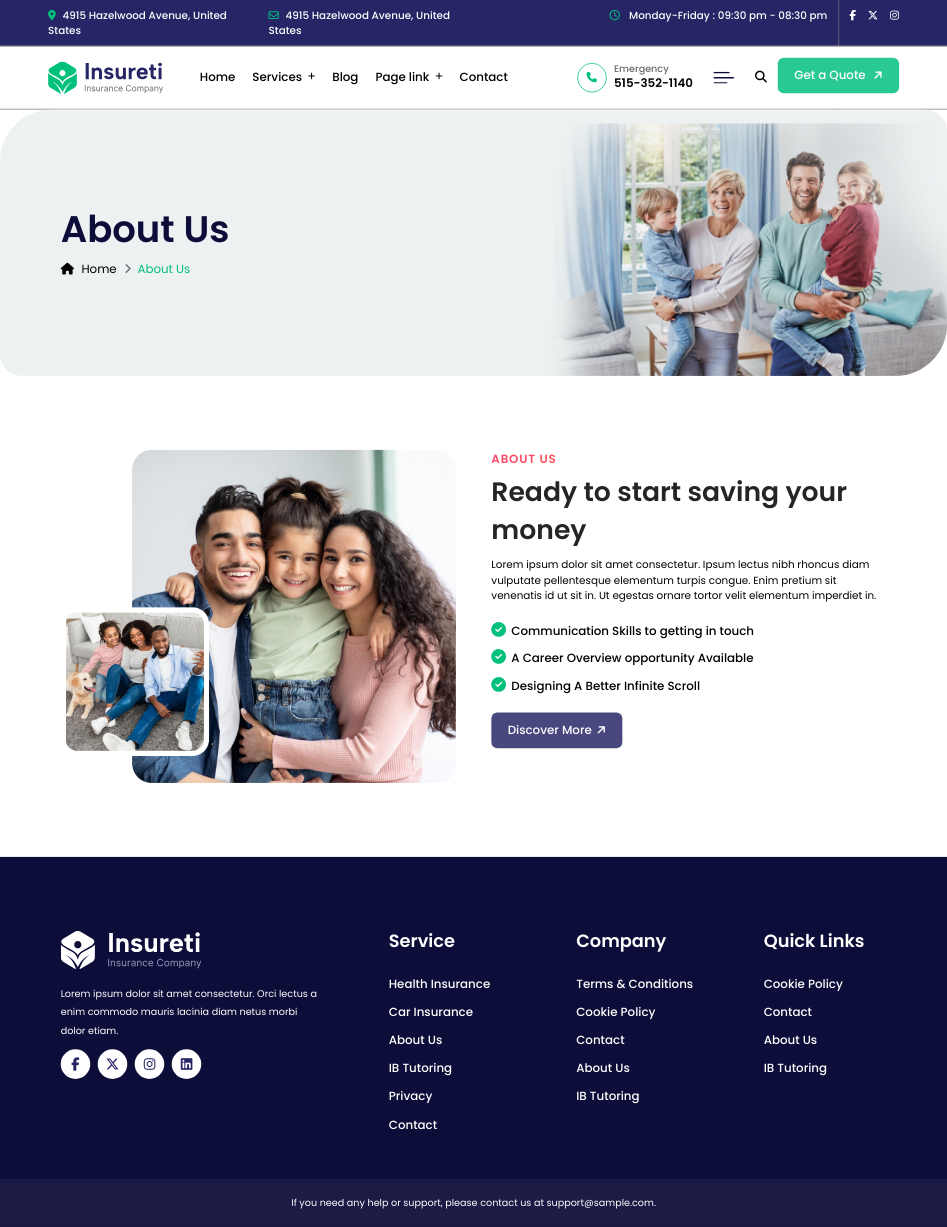
Repository: Tanmay226/it-portfolio-site
Page: it-company/about-us.html
An editor plug-in stored every save of this project. The page is shown before and after the next save, followed by the edit.
The browser window is 1280 px wide. The pictures show the whole page, at 74% of full size.
Some web libraries are served in a nearby version.

Above is the page before, as saved 2024-11-05 21:15:53.

After the next save:
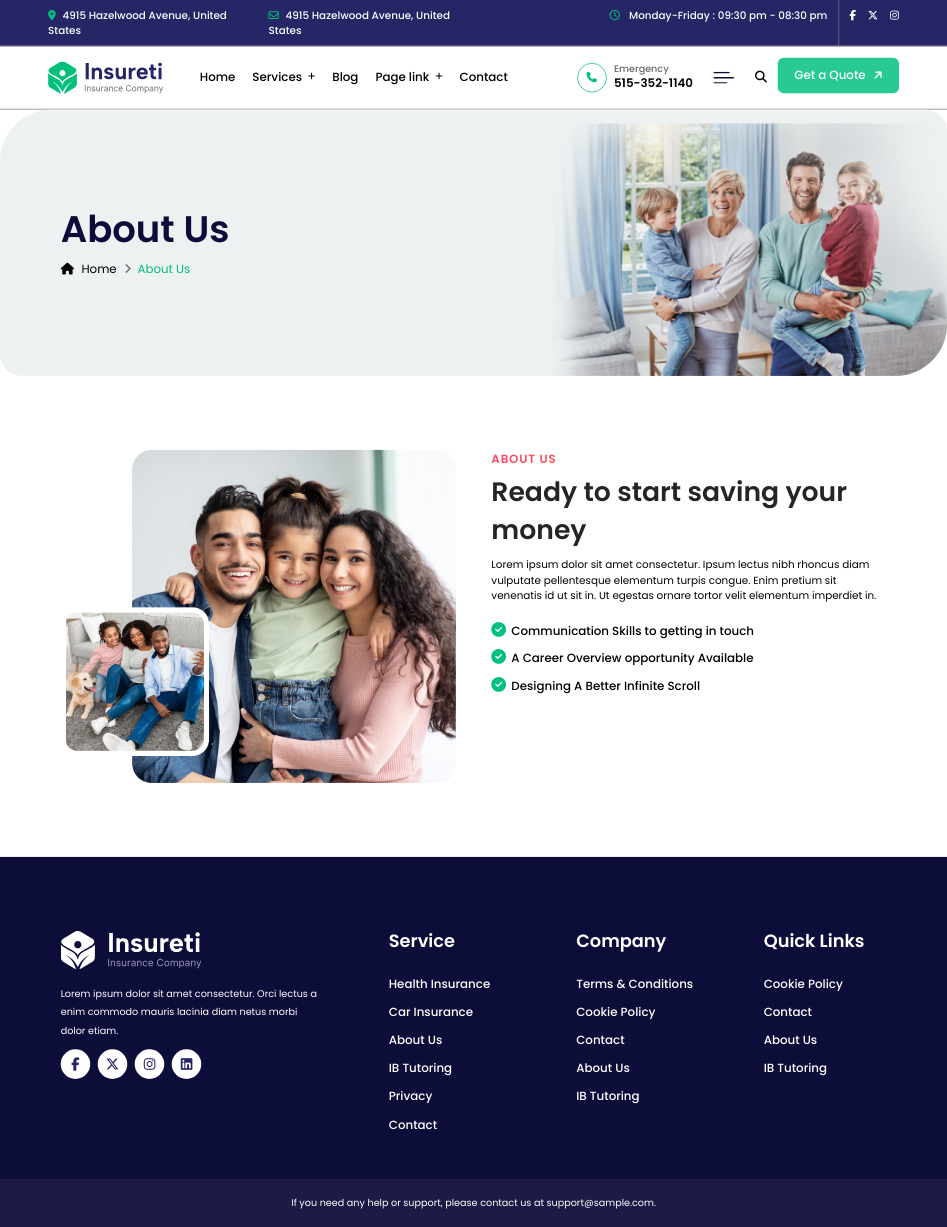
Saved 21 s later.
--- a/it-company/about-us.html
+++ b/it-company/about-us.html
@@ -278,7 +278,6 @@
                 </div>
               </div>
             </div>
-            <a href="#" class="custom-btn"> Discover More<i class="fa-solid fa-arrow-right"></i></a>
           </div>
 
         </div> <!--./col-md-6-->
